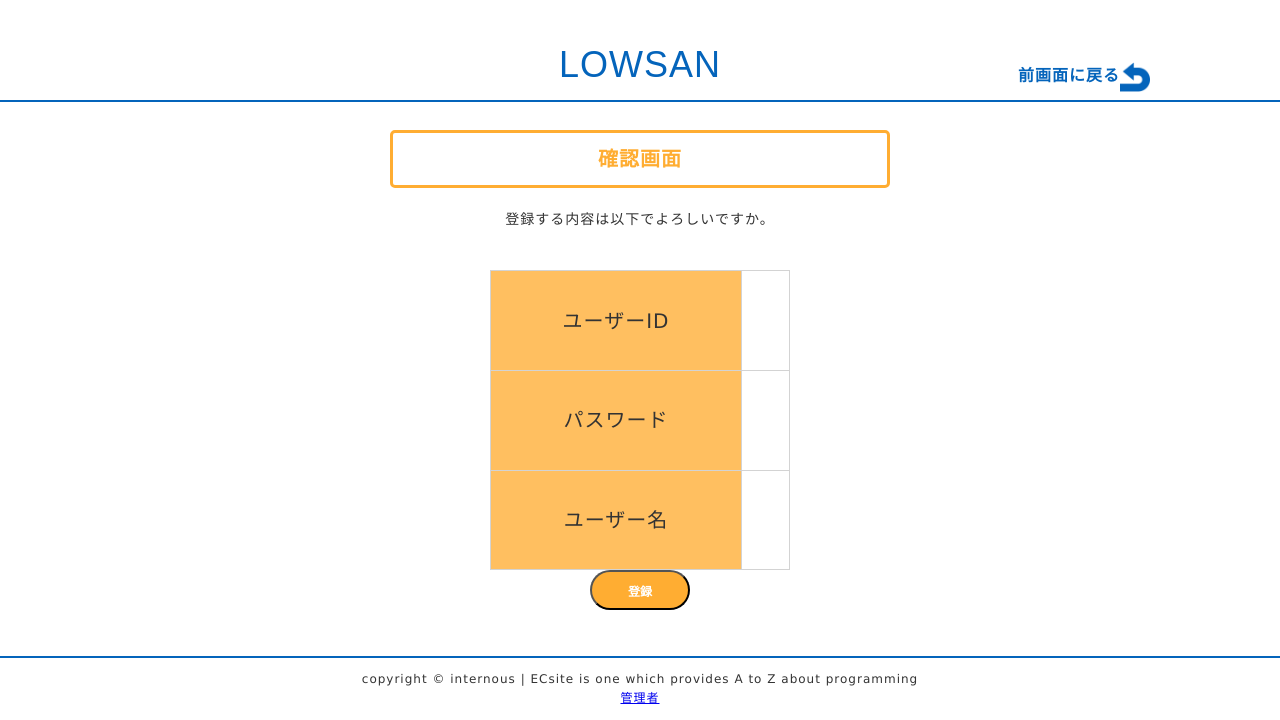
Repository: nishimura0212/myECsite
Page: http://localhost/ecsite/userCreateConfirm.jsp
An editor plug-in stored every save of this project. The page is shown before and after the next save, followed by the edit.
The browser window is 1280 px wide. The pictures show the whole page.
The page is served by Tomcat 9.

Above is the page before, as saved 2019-01-19 10:03:42.

After the next save:
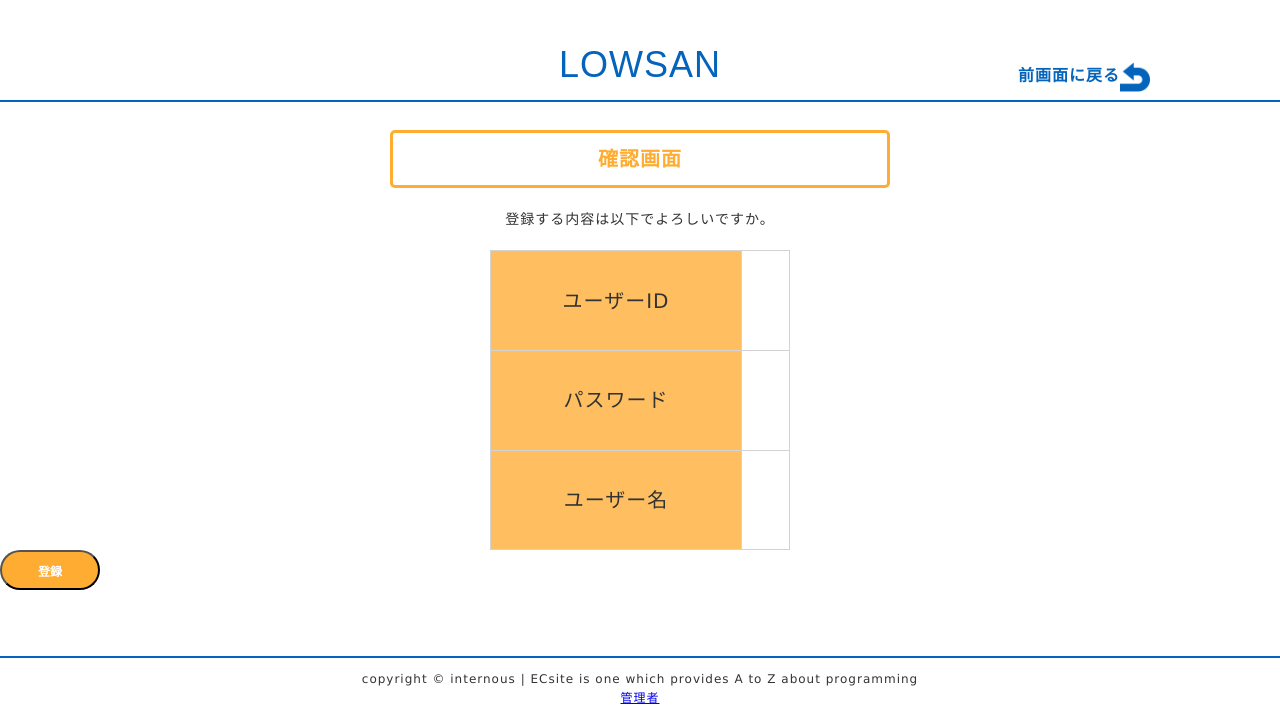
Saved 8 s later.
--- a/ecsite/WebContent/userCreateConfirm.jsp
+++ b/ecsite/WebContent/userCreateConfirm.jsp
@@ -31,7 +31,7 @@
 		</div>
 		<div>
 			<div class="comment">登録する内容は以下でよろしいですか。</div>
-			<div class="center-new">
+<!-- 			<div class="center-new"> -->
 				<s:form action="UserCreateCompleteAction">
 					<table class="center-new">
 						<tr>
@@ -51,7 +51,7 @@
 						<input type="button" value="登録" class="single_btn" />
 					</div>
 				</s:form>
-			</div>
+<!-- 			</div> -->
 		</div>
 	</div>
 	<div id="footer">
